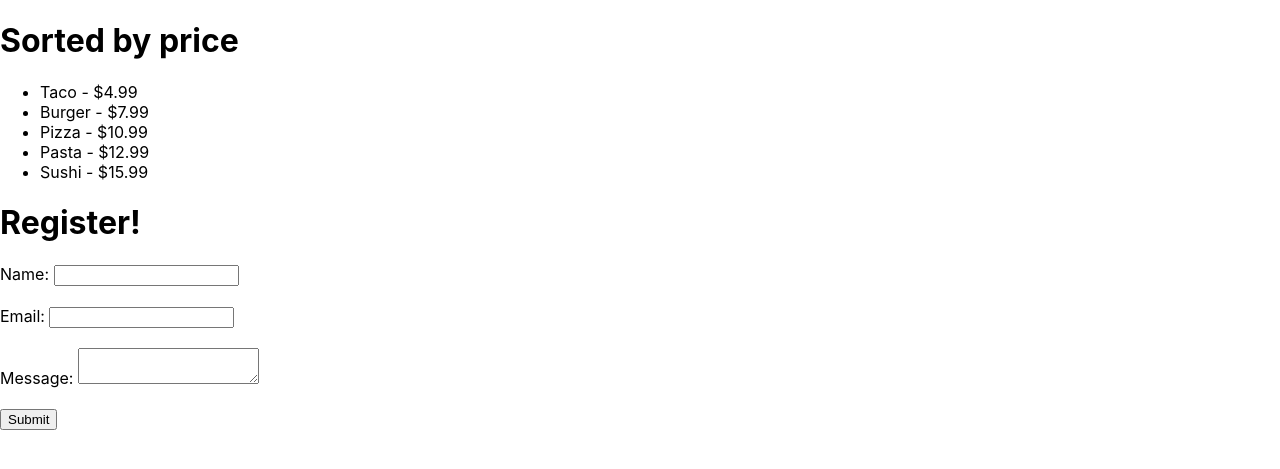
Repository: badhon252/Fullstack-Rect
Page: /
These files come from the project's save history. The page is drawn as it stood at one moment and after the next save; the edit follows.
The browser window is 1280 px wide. The pictures show the whole page.
The project was rebuilt for these pictures with package versions that can differ from the ones it lists, and the page was loaded fresh each time. Also part of the build but not shown: src/App.css.

Above is the page before, as saved 2023-04-13 16:55:09.

### src/App.js
import "./App.css";

const foodItems = [
  {
    id: 1,
    name: "Pizza",
    price: 10.99,
    description: "A classic pizza with tomato sauce, cheese, and pepperoni",
  },
  {
    id: 2,
    name: "Burger",
    price: 7.99,
    description: "A juicy beef burger with lettuce, tomato, and onion",
  },
  {
    id: 3,
    name: "Sushi",
    price: 15.99,
    description: "A selection of fresh sushi rolls with soy sauce and wasabi",
  },
  {
    id: 4,
    name: "Taco",
    price: 4.99,
    description: "A crispy taco with ground beef, lettuce, and cheese",
  },
  {
    id: 5,
    name: "Pasta",
    price: 12.99,
    description: "Penne pasta with tomato sauce, basil, and parmesan cheese",
  },
];

function App() {
  const listItem = foodItems
    .sort((a, b) => a.price - b.price)
    .map((dessert) => {
      const itemText = `${dessert.name} - $${dessert.price}`;
      return <li key={dessert.id}>{itemText}</li>;
    });

  const handleSubmit = (event) => {
    event.preventDefault();
    const formData = new FormData(event.target);
    const name = formData.get("name");
    const email = formData.get("email");
    const message = formData.get("message");
    console.log({ name, email, message });
  };

  return (
    <div>
      <h1>Sorted by price</h1>
      <ul>{listItem}</ul>

      <form onSubmit={handleSubmit}>
        <h1>Register!</h1>
        <label htmlFor="name">Name: </label>
        <input type="text" id="name" name="name" />
        <br />
        <br />
        <label htmlFor="email">Email: </label>
        <input type="email" id="email" name="email" />
        <br />
        <br />
        <label htmlFor="message">Message: </label>
        <textarea id="message" name="message" />
        <br />
        <br />
        <button type="submit">Submit</button>
      </form>
    </div>
  );
}

export default App;

Loaded but not shown: public/index.html (common file); src/index.js (common file); src/index.css (common file); src/reportWebVitals.js (common file)

After the next save:
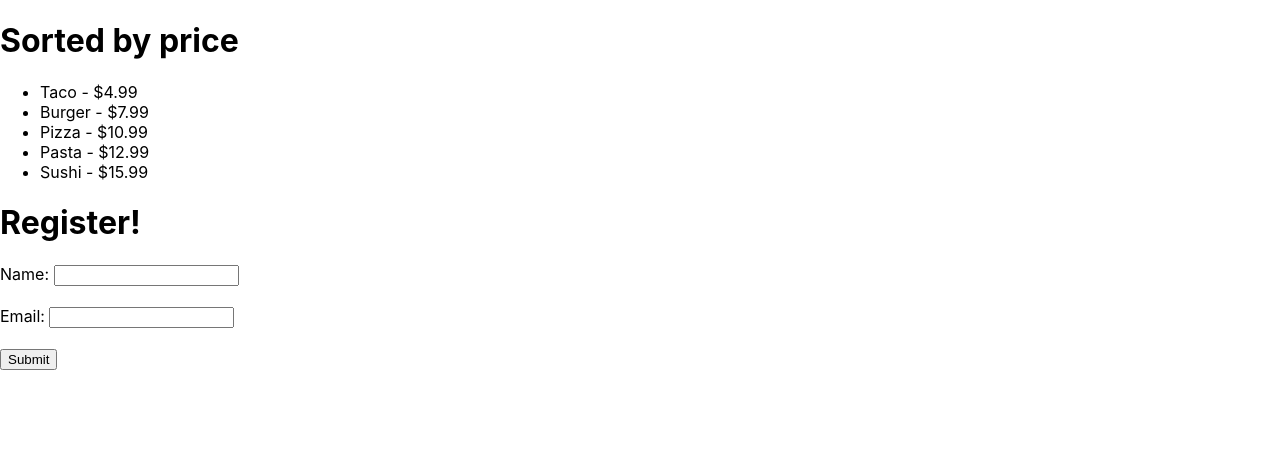
Saved 18 s later.
--- a/src/App.js
+++ b/src/App.js
@@ -65,10 +65,6 @@ function App() {
         <input type="email" id="email" name="email" />
         <br />
         <br />
-        <label htmlFor="message">Message: </label>
-        <textarea id="message" name="message" />
-        <br />
-        <br />
         <button type="submit">Submit</button>
       </form>
     </div>
